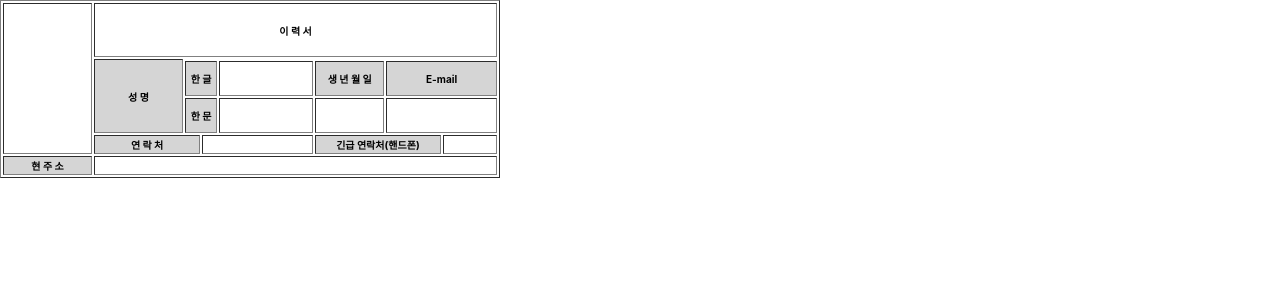
Repository: jiyeonyun/Resume
Page: / (app in resumes/)
An editor plug-in stored every save of this project. The page is shown before and after the next save, followed by the edit.
The browser window is 1280 px wide. The pictures show the whole page.
The project was rebuilt for these pictures with package versions that can differ from the ones it lists, and the page was loaded fresh each time. Also part of the build but not shown: resumes/src/data/edudata.js, resumes/src/components/educationalHIstory/educational.jsx, resumes/src/components/footer/footer.jsx.

Above is the page before, as saved 2022-05-25 15:42:11.

After the next save:
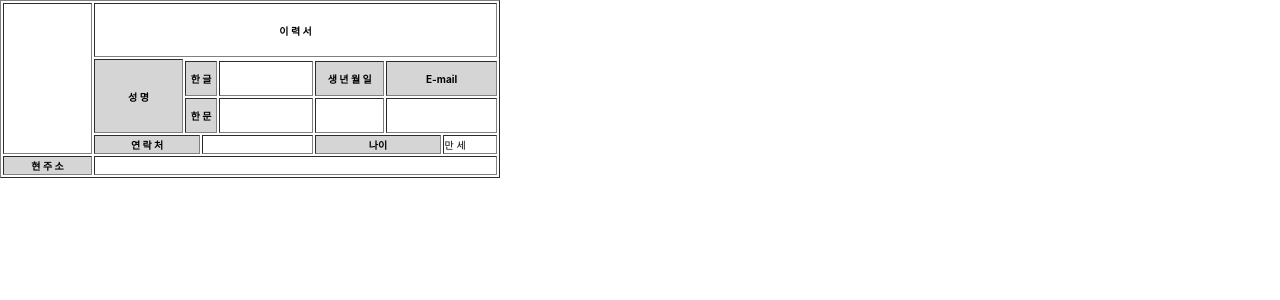
Saved 24 s later.
--- a/resumes/src/components/personalInfo/personalInfo.jsx
+++ b/resumes/src/components/personalInfo/personalInfo.jsx
@@ -40,9 +40,9 @@ const PersonalInfo = ({ personalInfoData }) => {
         </th>
         <td colspan="2"></td>
         <th colspan="2" width="50" bgcolor="D5D5D5">
-          긴급 연락처(핸드폰)
+          나이
         </th>
-        <td colspan="2"></td>
+        <td colspan="2">만 세</td>
       </tr>
       <tr>
         <th bgcolor="D5D5D5">현 주 소</th>
